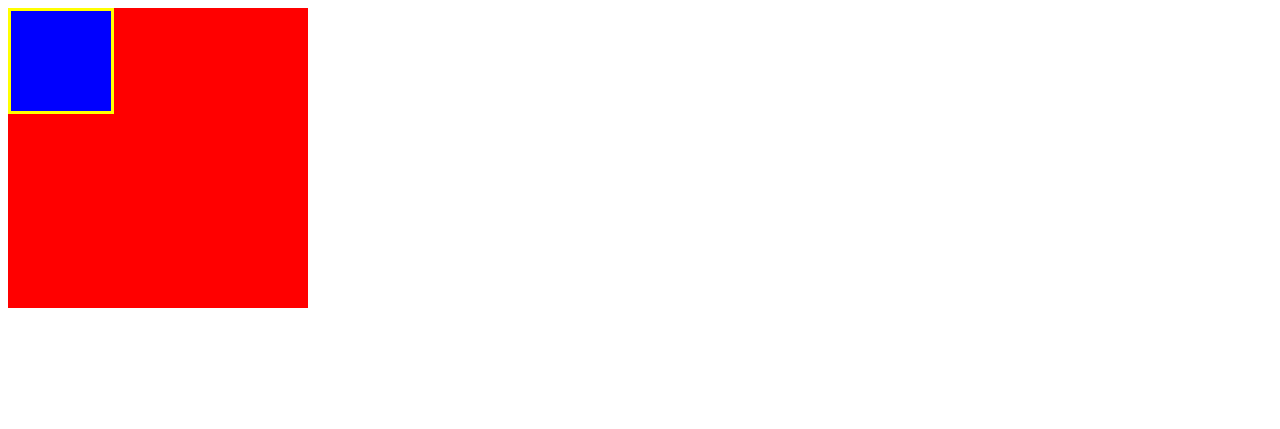
Repository: Kadaisakusei/Bookers2debug-
Page: 3章webページの構造を理解しよう/box.html
The author's editor kept a record of every edit. The page is drawn from the files as they stood at one moment, then again after the next edit.
The browser window is 1280 px wide. The pictures show the whole page.

Above is the page before.

After the next edit:
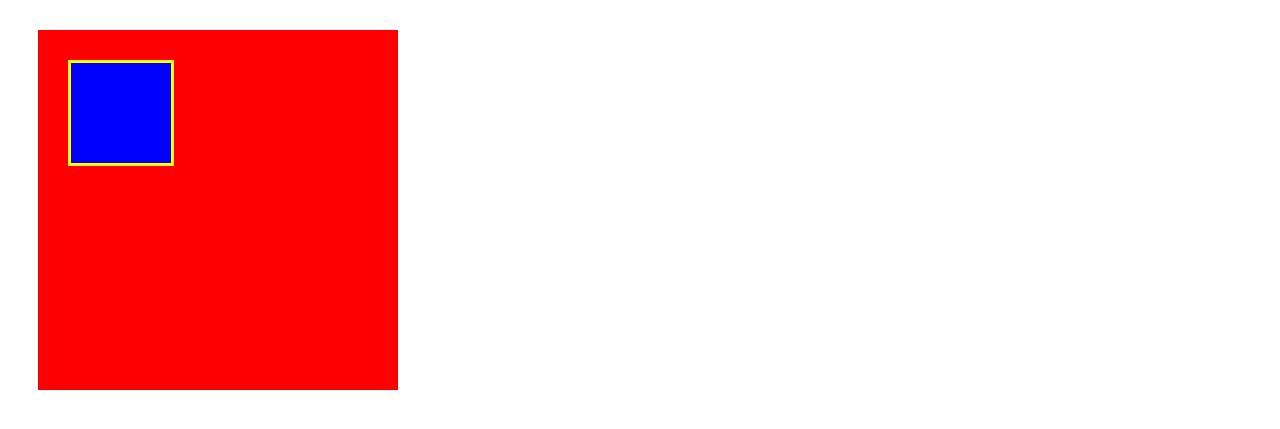
The edit:
--- a/3章webページの構造を理解しよう/box.css
+++ b/3章webページの構造を理解しよう/box.css
@@ -2,6 +2,8 @@
   width: 300px;
   height: 300px;
 background-color: red;
+margin: 30px;
+padding: 30px
 }
 
 .box2{
